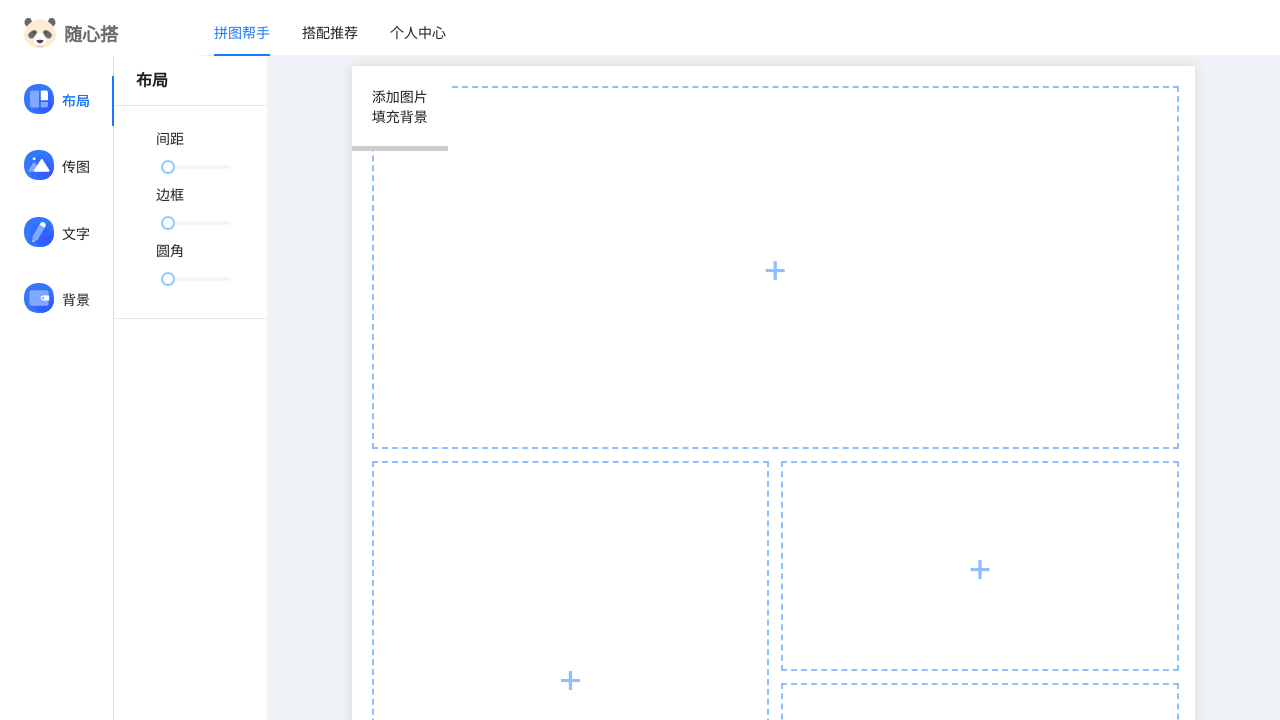
Repository: zzq1101921989/low-code
Page: /
The author's editor kept a copy of each file at every save. The page is drawn from the files as they stood at one save, then again after the next save.
The browser window is 1280 px wide. The pictures show the whole page.
The project was rebuilt for these pictures with package versions that can differ from the ones it lists, and the page was loaded fresh each time. Also part of the build but not shown: vite.config.ts, src/pages/admin/index.tsx, src/components/icon/ClothesIcon.tsx, src/components/icon/HairIcon.tsx, src/components/icon/PantsIcon.tsx, src/components/icon/ShoeIcon.tsx, src/pages/recommend/index.tsx.

Above is the page before, as saved 2023-05-10 22:35:48.

### index.html
<!DOCTYPE html>
<html lang="en">
  <head>
    <meta charset="UTF-8" />
    <link rel="icon" type="image/svg+xml" href="/vite.svg" />
    <meta name="viewport" content="width=device-width, initial-scale=1.0" />
    <title>搭配选择困难症？不懂搭？就来随心搭，找到属于自己的穿搭技巧</title>
  </head>
  <body>
    <div id="root"></div>
    <script type="module" src="/src/main.tsx"></script>
  </body>
</html>

### src/main.tsx
import ReactDOM from "react-dom/client";
import App from "./App";
import "./reset.css";

ReactDOM.createRoot(document.getElementById("root") as HTMLElement).render(
  <App />
);

### src/App.tsx
import { BrowserRouter, Navigate, Route, Routes } from "react-router-dom";
import LayoutComponent from "./components/layout";
import { routerConfig } from "./routers";

const App = () => {
  return (
    <BrowserRouter>
      <Routes>
        <Route path="/" element={<LayoutComponent />}>
          {/* 重定向 */}
          <Route path="/" element={<Navigate to="/home" />} />
          {routerConfig.map((item) => (
            <Route path={item.path} key={item.name} element={item.element} />
          ))}
        </Route>
        <Route path="*" element={<div>404</div>} />
      </Routes>
    </BrowserRouter>
  );
};

export default App;

### src/reset.css
html,body,div,span,applet,object,h1,h2,h3,h4,h5,h6,p,blockquote,pre,a,abbr,acronym,address,big,cite,code,del,dfn,em,img,ins,kbd,q,s,samp,small,strike,strong,sub,sup,tt,var,b,u,i,center,dl,dt,dd,ol,ul,li,fieldset,form,label,legend,table,caption,tbody,tfoot,thead,tr,th,td,article,aside,canvas,details,embed,figure,figcaption,footer,header,hgroup,menu,nav,output,ruby,section,summary,time,mark,audio,video {
	margin:0;
	padding:0;
	border:0;
	font-size:100%;
	font:inherit;
	font-weight:normal;
	vertical-align:baseline;
}
/* HTML5 display-role reset for older browsers */
article,aside,details,figcaption,figure,footer,header,hgroup,menu,nav,section {
	display:block;
}
ol,ul,li {
	list-style:none;
}
blockquote,q {
	quotes:none;
}
blockquote:before,blockquote:after,q:before,q:after {
	content:'';
	content:none;
}
table {
	border-collapse:collapse;
	border-spacing:0;
}
th,td {
	vertical-align:middle;
}
/* custom */
a {
	outline:none;
	color:#16418a;
	text-decoration:none;
	-webkit-backface-visibility: hidden;
}
a:focus {
	outline:none;
}
input:focus,select:focus,textarea:focus {
	outline:-webkit-focus-ring-color auto 0;
}

### src/routers/index.tsx
import { RouteObject } from "react-router-dom";
import Admin from "../pages/admin";
import Home from "../pages/home";
import Recommend from "../pages/recommend";

export const routerConfig: (RouteObject & { name: string })[] = [
  {
    path: "home",
    name: "拼图帮手",
    element: <Home />,
  },
  {
    path: "recommend",
    name: "搭配推荐",
    element: <Recommend />,
  },
  {
    path: "admin",
    name: "个人中心",
    element: <Admin />,
  },
];

### src/components/header/index.tsx
import { Menu, MenuProps } from "antd";
import { Link, useLocation } from "react-router-dom";
import { routerConfig } from "../../routers";

export default function HeaderComponent() {

  const locaiton = useLocation();

  const items: MenuProps["items"] = routerConfig.map((key) => ({
    key: key.path,
    label: <Link to={`/${key.path}`}>{key.name}</Link>,
  }));

  return (
    <Menu
      style={{ flex: 1 }}
      mode="horizontal"
      selectedKeys={[locaiton.pathname.split("/")[1]]}
      items={items}
    />
  );
}

### src/components/layout/index.module.less
.syd-layout {
  width: 100%;
  height: 100vh;
  display: flex;
  flex-direction: column;
  overflow: hidden;
  .syd-header {
    display: flex;
    width: 100%;
    align-items: center;
    padding: 10px 24px 0 24px;
    background-color: #fff;
    .logo {
      margin-right: 80px;
    }
  }
  .syd-content {
    flex: auto;
    background: #eff2f6;
  }
}

### src/pages/home/index.tsx
import { Col, Row } from "antd";
import { FC } from "react";
import { DrawImage, Menu } from "./features";
import styles from "./index.module.less";

const Home: FC = () => {
  return (
    <Row style={{ height: "100%" }} className={styles.homeContainer}>
      <Col xl={5}>
        <Menu />
      </Col>
      <Col xl={19}>
        <DrawImage />
      </Col>
    </Row>
  );
};

export default Home;

### src/pages/home/features/index.tsx
export { default as Area } from './Area';
export { default as DrawImage } from './DrawImage';
export { default as Menu } from './Menu';

### src/pages/home/index.module.less
.homeContainer {
    :global{
        .ant-tabs-tabpane {
            padding-left: 0 !important
        }
        .ant-tabs-nav-wrap {
            padding-top: 20px;
        }
    }
}

### src/pages/home/features/Area/index.tsx
import { FC, ReactNode } from "react";
import styles from "./index.module.less";

interface AreaProps {
  /**
   * @name 头部区域内容
   */
  header: string | ReactNode;

  /**
   * @name 中间区域内容
   */
  centre?: string | ReactNode;
}
const Area: FC<AreaProps> = (props) => {
  const { header, centre } = props;

  return (
    <div className={`${styles["area-container"]}`}>
      <div
        className={`${styles["area-container-header"]} ${styles.padding} ${styles.borderBottom}`}
      >
        {header}
      </div>
      {centre && (
        <div
          className={`${styles["area-container-centre"]} ${styles.padding} ${styles["borderBottom"]}`}
        >
          {centre}
        </div>
      )}
    </div>
  );
};

export default Area;

### src/pages/home/features/DrawImage/index.tsx
import { Col, Row } from "antd";
import { FC, useEffect, useRef } from "react";
import { ContextMenu, ItemBox } from "../../components";

interface DrawImageProps {}

const DrawImage: FC<DrawImageProps> = (props) => {

  const ele = useRef<HTMLDivElement | null>(null);

  // 组织右键菜单的默认事件
  useEffect(() => {
    if (ele.current) {
      ele.current.addEventListener("contextmenu", (e) => {
        e.preventDefault();
      });
      ele.current.addEventListener("mousedown", (e) => {
        if (e.button === 0) {
          console.log('Left button clicked');
        } else if (e.button === 2) {
          console.log('Right button clicked');
        }
      });
    }
  }, []);

  return (
    <div
      ref={ele}
      style={{
        position: 'relative',
        width: "803px",
        height: "803px",
        padding: "20px",
        margin: '10px auto',
        background: "#fff",
        boxShadow: "0 0 10px #d9d6d6",
      }}
    >
      <Row gutter={[16, 16]} style={{ height: '100%' }}>
        <Col span={24}>
          <ItemBox />
        </Col>
        <Col span={24}>
          <Row gutter={[16, 16]} style={{ height: '100%' }}>
            <Col span={12}>
              <ItemBox />
            </Col>
            <Col span={12}>
              <Row gutter={[16, 16]} style={{ height: '100%' }}>
                <Col span={24}><ItemBox /></Col>
                <Col span={24}><ItemBox /></Col>
              </Row>
            </Col>
          </Row>
        </Col>
      </Row>
      <ContextMenu />
    </div>
  );
};

export default DrawImage;

### src/pages/home/features/Menu/index.tsx
import { Slider, Space, Tabs, TabsProps } from "antd";
import { Area } from "..";
import {
  ColorIcon,
  ImageIcon,
  LayoutIcon,
  TextIcon,
} from "../../../../components/icon";

/**
 * 导航栏组件
 * @returns
 */
export default function Menu() {
  const items: TabsProps["items"] = [
    {
      label: (
        <Space>
          <LayoutIcon />
          布局
        </Space>
      ),
      key: "1",
      children: (
        <Area
          header="布局"
          centre={
            <div
              style={{
                width: "100%",
                display: "flex",
                flexDirection: "column",
                padding: '10px 20px',
                boxSizing: 'border-box'
              }}
            >
              <div>
                间距
                <Slider defaultValue={10} />
              </div>
              <div>
                边框
                <Slider defaultValue={10} />
              </div>
              <div>
                圆角
                <Slider defaultValue={10} />
              </div>
            </div>
          }
        />
      ),
    },
    {
      label: (
        <Space>
          <ImageIcon />
          传图
        </Space>
      ),
      key: "2",
      children: "",
    },
    {
      label: (
        <Space>
          <TextIcon />
          文字
        </Space>
      ),
      key: "3",
      children: "",
    },
    {
      label: (
        <Space>
          <ColorIcon />
          背景
        </Space>
      ),
      key: "4",
      children: "",
    },
  ];

  return (
    <Tabs
      tabPosition="left"
      items={items}
      style={{ background: "#fff", height: "100%" }}
    />
  );
}

### src/pages/home/features/Area/index.module.less
.area-container {
    width: 100%;
    .area-container-header {
        font-size: 18px;
    }
    .area-container-header {
        font-size: 16px;
        font-weight: bold;
    }
}
.padding {
    padding: 12px 12px 12px 22px;
}
.borderBottom {
    border-bottom: 1px solid #e9e9e9;
}

### src/pages/home/components/index.tsx
export { default as ItemBox } from './ItemBox';
export { default as ContextMenu } from './contextmenu';

### src/components/icon/index.tsx
export { default as ClothesIcon } from "./ClothesIcon";
export { default as ColorIcon } from "./ColorIcon";
export { default as HairIcon } from "./HairIcon";
export { default as ImageIcon } from "./ImageIcon";
export { default as LayoutIcon } from "./LayoutIcon";
export { default as PantsIcon } from "./PantsIcon";
export { default as ShoeIcon } from "./ShoeIcon";
export { default as TextIcon } from "./TextIcon";

### src/pages/home/components/ItemBox/index.tsx
import { FC, memo } from "react";
import styles from "./index.module.less";

interface ItemBoxProps {}

const ItemBox: FC<ItemBoxProps> = (props) => {
  const {} = props;
  return (
    <div className={styles.itemBox}>
      <span className={styles.close}>
        <svg
          version="1.1"
          id="图层_1"
          xmlns="http://www.w3.org/2000/svg"
          xmlnsXlink="http://www.w3.org/1999/xlink"
          x="0px"
          y="0px"
          viewBox="0 0 16 16"
        >
          <path
            d="M11.8,1.6l-0.7,0.7L7.8,5.6L4.6,2.3L3.9,1.6L3.1,2.3L2,3.4L1.3,4.1L2,4.8l3.3,3.3L2,11.4l-0.7,0.7L2,12.8 L3.1,14l0.7,0.7L4.6,14l3.3-3.3l3.3,3.3l0.7,0.7l0.7-0.7l1.1-1.1l0.7-0.7l-0.7-0.7l-3.3-3.3l3.3-3.3l0.7-0.7l-0.7-0.7l-1.1-1.1 L11.8,1.6L11.8,1.6z"
            style={{
              opacity: 0.9,
              fill: "rgb(255, 255, 255)",
            }}
          ></path>{" "}
          <g>
            <polygon points="13,4.1 11.8,3 7.8,7 3.9,3 2.7,4.1 6.7,8.1 2.7,12.1 3.9,13.3 7.8,9.3 11.8,13.3 13,12.1 9,8.1 	"></polygon>
          </g>
        </svg>
      </span>
      <span className={styles.add}>+</span>
    </div>
  );
};
export default memo(ItemBox);

### src/pages/home/components/contextmenu/index.tsx
import { FC } from "react";
import styles from "./index.module.less";

type ContextMenuProps = {

}
const ContextMenu: FC<ContextMenuProps> = (props) => {
    const { } = props;
    return (
        <div className={styles.contextMenu}>
            <div>添加图片</div>
            <div>填充背景</div>
          </div>
      )
}
export default ContextMenu

### src/components/icon/ColorIcon.tsx
import Icon from "@ant-design/icons";
import { CustomIconComponentProps } from "@ant-design/icons/lib/components/Icon";

const Color = () => (
  <svg
    viewBox="0 0 1024 1024"
    version="1.1"
    xmlns="http://www.w3.org/2000/svg"
    p-id="7117"
    width="30"
    height="30"
  >
    <path
      d="M1023.910943 511.999898c5.11911 317.794367-194.116663 516.825376-511.91103 511.911029-317.794367 4.914346-516.825376-194.116663-511.91103-511.911029C-4.825463 194.20553 194.205546-4.825478 511.999913 0.088868c317.794367-4.914346 516.825376 194.116663 511.91103 511.91103z"
      fill="#3377FF"
      p-id="7118"
    ></path>
    <path
      d="M1022.477592 566.671996C1006.915497 340.40732 852.318366 201.16752 614.382119 204.85328c-254.112635-4.095288-413.624112 155.416189-409.528824 409.528824-3.890524 237.936247 135.554041 392.533378 361.613952 408.095473 268.036615-16.381153 439.629192-187.97373 456.010345-455.805581z"
      fill="#336DFF"
      p-id="7119"
    ></path>
    <path
      d="M1015.515602 629.944199C985.824762 491.523456 876.480566 407.160519 716.764325 409.617692c-190.635668-3.071466-310.218084 116.51095-307.146618 307.146618-2.457173 159.716241 81.905765 269.060437 220.121743 298.751277 211.112109-34.400421 351.375731-174.664043 385.776152-385.571388z"
      fill="#3364FF"
      p-id="7120"
    ></path>
    <path
      d="M997.701098 705.707031C964.734028 646.734881 902.076118 613.153517 819.146531 614.382104c-127.1587-2.047644-206.812056 77.605712-204.764412 204.764412-1.433351 82.929587 32.352777 145.587497 91.120163 178.554567a431.233852 431.233852 0 0 0 292.198816-291.994052z"
      fill="#335AFF"
      p-id="7121"
    ></path>
    <path
      d="M184.376854 245.806162m61.429324 0l532.387471 0q61.429324 0 61.429323 61.429324l0 409.528824q0 61.429324-61.429323 61.429323l-532.387471 0q-61.429324 0-61.429324-61.429323l0-409.528824q0-61.429324 61.429324-61.429324Z"
      fill="#80AAFF"
      p-id="7122"
    ></path>
    <path
      d="M655.335001 430.094133h184.287971a20.476441 20.476441 0 0 1 20.476441 20.476441v122.858647a20.476441 20.476441 0 0 1-20.476441 20.476441h-184.287971a81.905765 81.905765 0 0 1-81.905764-81.905764 81.905765 81.905765 0 0 1 81.905764-81.905765z"
      fill="#FFFFFF"
      p-id="7123"
    ></path>
    <path
      d="M655.335001 511.999898m-40.952882 0a40.952882 40.952882 0 1 0 81.905765 0 40.952882 40.952882 0 1 0-81.905765 0Z"
      fill="#80AAFF"
      p-id="7124"
    ></path>
  </svg>
);

export default function ColorIcon(props: Partial<CustomIconComponentProps>) {
  return <Icon component={Color} {...props} />;
}

### src/components/icon/ImageIcon.tsx
import Icon from "@ant-design/icons";
import { CustomIconComponentProps } from "@ant-design/icons/lib/components/Icon";

const Image = () => (
  <svg
    viewBox="0 0 1024 1024"
    version="1.1"
    xmlns="http://www.w3.org/2000/svg"
    p-id="1209"
    width="30"
    height="30"
  >
    <path
      d="M1023.910943 511.999898c5.11911 317.794367-194.116663 516.825376-511.91103 511.911029-317.794367 4.914346-516.825376-194.116663-511.91103-511.911029C-4.825463 194.20553 194.205546-4.825478 511.999913 0.088868c317.794367-4.914346 516.825376 194.116663 511.91103 511.91103z"
      fill="#3377FF"
      p-id="1210"
    ></path>
    <path
      d="M1022.477592 566.671996C1006.915497 340.40732 852.318366 201.16752 614.382119 204.85328c-254.112635-4.095288-413.624112 155.416189-409.528824 409.528824-3.890524 237.936247 135.554041 392.533378 361.613952 408.095473 268.036615-16.381153 439.629192-187.97373 456.010345-455.805581z"
      fill="#336DFF"
      p-id="1211"
    ></path>
    <path
      d="M1015.515602 629.944199C985.824762 491.523456 876.480566 407.160519 716.764325 409.617692c-190.635668-3.071466-310.218084 116.51095-307.146618 307.146618-2.457173 159.716241 81.905765 269.060437 220.121743 298.751277 211.112109-34.400421 351.375731-174.664043 385.776152-385.571388z"
      fill="#3364FF"
      p-id="1212"
    ></path>
    <path
      d="M312.968905 439.308531L158.781302 678.678129a40.952882 40.952882 0 0 0 34.400422 63.067439h308.375204a40.952882 40.952882 0 0 0 34.400421-63.067439l-154.187602-239.574362a40.952882 40.952882 0 0 0-68.800842 0.204764z"
      fill="#80AAFF"
      p-id="1213"
    ></path>
    <path
      d="M997.701098 705.707031C964.734028 646.734881 902.076118 613.153517 819.146531 614.382104c-127.1587-2.047644-206.812056 77.605712-204.764412 204.764412-1.433351 82.929587 32.352777 145.587497 91.120163 178.554567a431.233852 431.233852 0 0 0 292.198816-291.994052z"
      fill="#335AFF"
      p-id="1214"
    ></path>
    <path
      d="M571.586357 329.554807l-225.240853 349.123322a40.952882 40.952882 0 0 0 34.400421 63.067439h450.481706a40.952882 40.952882 0 0 0 34.400421-63.067439l-225.240853-349.123322a40.952882 40.952882 0 0 0-68.800842 0z"
      fill="#FFFFFF"
      p-id="1215"
    ></path>
    <path
      d="M347.369326 294.540092m-51.191103 0a51.191103 51.191103 0 1 0 102.382206 0 51.191103 51.191103 0 1 0-102.382206 0Z"
      fill="#FFFFFF"
      p-id="1216"
    ></path>
  </svg>
);

export default function ImageIcon(props: Partial<CustomIconComponentProps>) {
  return <Icon component={Image} {...props} />;
}

### src/components/icon/LayoutIcon.tsx
import Icon from "@ant-design/icons";
import { CustomIconComponentProps } from "@ant-design/icons/lib/components/Icon";

const Layout = () => (
  <svg
    viewBox="0 0 1024 1024"
    version="1.1"
    xmlns="http://www.w3.org/2000/svg"
    p-id="1056"
    width="30"
    height="30"
  >
    <path
      d="M1023.910943 511.999898c5.11911 317.794367-194.116663 516.825376-511.91103 511.911029-317.794367 4.914346-516.825376-194.116663-511.91103-511.911029C-4.825463 194.20553 194.205546-4.825478 511.999913 0.088868c317.794367-4.914346 516.825376 194.116663 511.91103 511.91103z"
      fill="#3377FF"
      p-id="1057"
    ></path>
    <path
      d="M1022.477592 566.671996C1006.915497 340.40732 852.318366 201.16752 614.382119 204.85328c-254.112635-4.095288-413.624112 155.416189-409.528824 409.528824-3.890524 237.936247 135.554041 392.533378 361.613952 408.095473 268.036615-16.381153 439.629192-187.97373 456.010345-455.805581z"
      fill="#336DFF"
      p-id="1058"
    ></path>
    <path
      d="M1015.515602 629.944199C985.824762 491.523456 876.480566 407.160519 716.764325 409.617692c-190.635668-3.071466-310.218084 116.51095-307.146618 307.146618-2.457173 159.716241 81.905765 269.060437 220.121743 298.751277 211.112109-34.400421 351.375731-174.664043 385.776152-385.571388z"
      fill="#3364FF"
      p-id="1059"
    ></path>
    <path
      d="M997.701098 705.707031C964.734028 646.734881 902.076118 613.153517 819.146531 614.382104c-127.1587-2.047644-206.812056 77.605712-204.764412 204.764412-1.433351 82.929587 32.352777 145.587497 91.120163 178.554567a431.233852 431.233852 0 0 0 292.198816-291.994052z"
      fill="#335AFF"
      p-id="1060"
    ></path>
    <path
      d="M593.905678 225.329721h163.811529a61.429324 61.429324 0 0 1 61.429324 61.429323v245.717295a20.476441 20.476441 0 0 1-20.476441 20.476441H593.905678a20.476441 20.476441 0 0 1-20.476441-20.476441V245.806162a20.476441 20.476441 0 0 1 20.476441-20.476441z"
      fill="#FFFFFF"
      p-id="1061"
    ></path>
    <path
      d="M593.905678 614.382104h204.764412a20.476441 20.476441 0 0 1 20.476441 20.476441v102.382206a61.429324 61.429324 0 0 1-61.429324 61.429323h-163.811529a20.476441 20.476441 0 0 1-20.476441-20.476441v-143.335088a20.476441 20.476441 0 0 1 20.476441-20.476441zM266.282619 225.329721h225.240853a20.476441 20.476441 0 0 1 20.476441 20.476441v532.387471a20.476441 20.476441 0 0 1-20.476441 20.476441H266.282619a61.429324 61.429324 0 0 1-61.429324-61.429323V286.759044a61.429324 61.429324 0 0 1 61.429324-61.429323z"
      fill="#80AAFF"
      p-id="1062"
    ></path>
  </svg>
);

export default function LayoutIcon(props: Partial<CustomIconComponentProps>) {
  return <Icon component={Layout} {...props} />;
}

### src/components/icon/TextIcon.tsx
import Icon from "@ant-design/icons";
import { CustomIconComponentProps } from "@ant-design/icons/lib/components/Icon";

const Text = () => (
  <svg
    viewBox="0 0 1024 1024"
    version="1.1"
    xmlns="http://www.w3.org/2000/svg"
    p-id="1365"
    width="30"
    height="30"
  >
    <path
      d="M1023.910943 511.999898c5.11911 317.794367-194.116663 516.825376-511.91103 511.911029-317.794367 4.914346-516.825376-194.116663-511.91103-511.911029C-4.825463 194.20553 194.205546-4.825478 511.999913 0.088868c317.794367-4.914346 516.825376 194.116663 511.91103 511.91103z"
      fill="#3377FF"
      p-id="1366"
    ></path>
    <path
      d="M1022.477592 566.671996C1006.915497 340.40732 852.318366 201.16752 614.382119 204.85328c-254.112635-4.095288-413.624112 155.416189-409.528824 409.528824-3.890524 237.936247 135.554041 392.533378 361.613952 408.095473 268.036615-16.381153 439.629192-187.97373 456.010345-455.805581z"
      fill="#336DFF"
      p-id="1367"
    ></path>
    <path
      d="M1015.515602 629.944199C985.824762 491.523456 876.480566 407.160519 716.764325 409.617692c-190.635668-3.071466-310.218084 116.51095-307.146618 307.146618-2.457173 159.716241 81.905765 269.060437 220.121743 298.751277 211.112109-34.400421 351.375731-174.664043 385.776152-385.571388z"
      fill="#3364FF"
      p-id="1368"
    ></path>
    <path
      d="M997.701098 705.707031C964.734028 646.734881 902.076118 613.153517 819.146531 614.382104c-127.1587-2.047644-206.812056 77.605712-204.764412 204.764412-1.433351 82.929587 32.352777 145.587497 91.120163 178.554567a431.233852 431.233852 0 0 0 292.198816-291.994052z"
      fill="#335AFF"
      p-id="1369"
    ></path>
    <path
      d="M526.538186 263.82543L293.311521 668.03038a61.429324 61.429324 0 0 0-7.985812 35.629007l9.828692 125.725349a20.476441 20.476441 0 0 0 28.667017 17.200211l118.763359-51.600632A61.429324 61.429324 0 0 0 471.047031 769.388763l232.817136-403.181127z"
      fill="#80AAFF"
      p-id="1370"
    ></path>
    <path
      d="M687.687779 189.495949a102.382206 102.382206 0 0 0-139.854094 37.471887l-20.476441 36.857594 177.325981 102.382206 20.476441-36.857594a102.382206 102.382206 0 0 0-37.471887-139.854093zM292.082935 790.479498l3.071466 38.905238a20.476441 20.476441 0 0 0 28.667017 17.200211l37.267123-16.176389z"
      fill="#FFFFFF"
      p-id="1371"
    ></path>
  </svg>
);

export default function TextIcon(props: Partial<CustomIconComponentProps>) {
  return <Icon component={Text} {...props} />;
}

### src/pages/home/components/ItemBox/index.module.less
.itemBox {
    position: relative;
    width: 100%;
    height: 100%;
    border: 2px dashed #1e80ff80;
    .close {
        width: 16px;
        height: 16px;
        display: none;
        position: absolute;
        right: 10px;
        top: 10px;
    }
    .add {
        display: flex;
        width: 100%;
        height: 100%;
        justify-content: center;
        align-items: center;
        text-align: center;
        margin: 0 auto;
        font-size: 40px;
        color: #1e80ff80;
        user-select: none
    }
    &:hover {
        border: 2px solid #2354f4;
        .close {
            display: block;
        }
    }
}

### src/pages/home/components/contextmenu/index.module.less
.contextMenu {
    position: absolute;
    left: 0;
    top: 0;
    padding: 20px;
    background-color: #fff;
    box-shadow: 0 5px #ccc;
}

Loaded but not shown: src/components/layout/index.tsx (69 lines, source omitted)

After the next save:
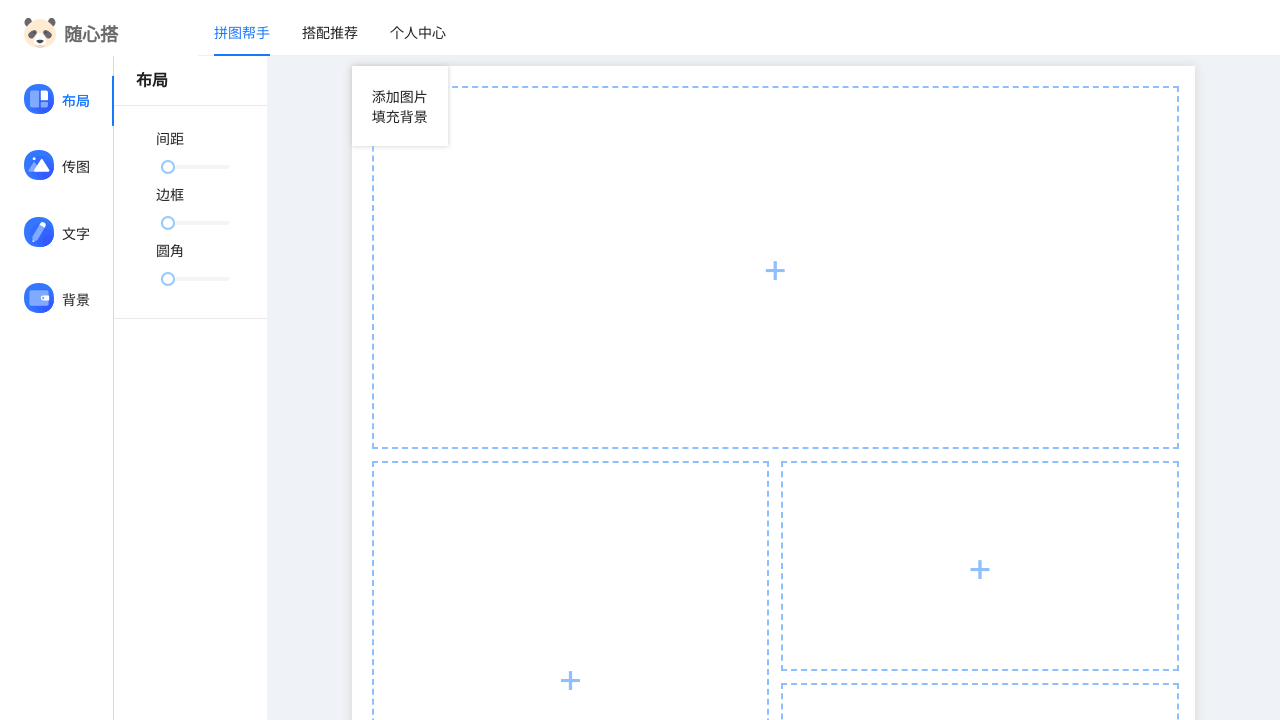
Saved 5 s later.
--- a/src/pages/home/components/contextmenu/index.module.less
+++ b/src/pages/home/components/contextmenu/index.module.less
@@ -4,5 +4,5 @@
     top: 0;
     padding: 20px;
     background-color: #fff;
-    box-shadow: 0 5px #ccc;
+    box-shadow: 0 0 5px #ccc;
 }
